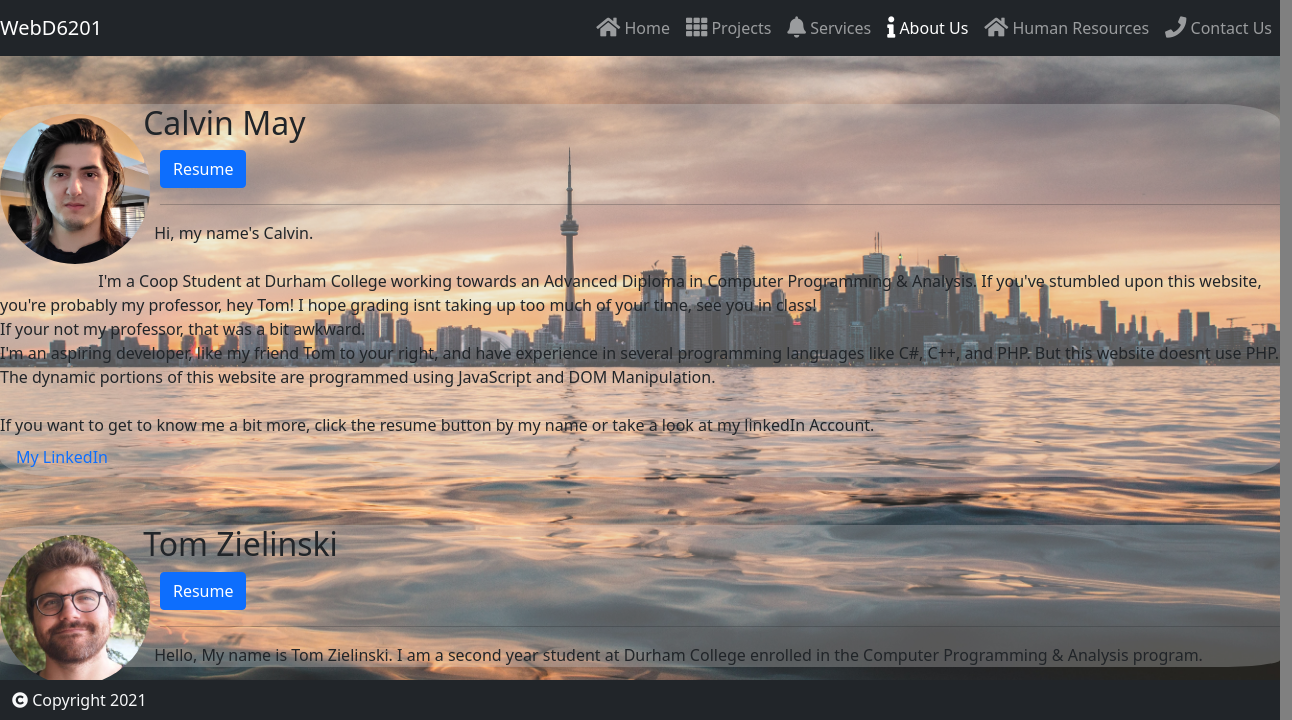
Repository: Tomelinski/Webd6201-Lab02
Page: about.html
The author's editor kept a copy of each file at every save. The page is drawn from the files as they stood at one save, then again after the next save.
The browser window is 1280 px wide. The page is 1280 px wide, then 1292 px, so the pictures cover 1292 px, including what lies to the right of the window. The pictures show the whole page.
Backgrounds fixed to the window are drawn as part of the page.

Above is the page before, as saved 2021-02-05 21:06:53.

### about.html
<!-- Author(s): Tom Zielinski,
 *              Calvin May
 *
 *   Date: 02/02/2021 | Last Modified: 02/03/2021
 *   Document: about.html
 *   Description: ...
-->
<!DOCTYPE html>
<html lang="en">
<head>
    <meta charset="UTF-8">
    <meta name="viewport" content="width=device-width, initial-scale=1.0">
    <title>About</title>
    <!-- -->
    <link rel="stylesheet" href="./node_modules/bootstrap/dist/css/bootstrap.min.css">
    <link rel="stylesheet" href="./node_modules/@fortawesome/fontawesome-free/css/all.min.css">
    <link rel="stylesheet" href="./Content/app.css">

</head>
<body>
      <!-- Main header -->
      <header>
        <!-- Main Nav -->
          <nav class="navbar navbar-expand-lg navbar-dark bg-dark ">
              <a class="navbar-brand" href="./index.html">WebD6201</a>
              <button class="navbar-toggler" type="button" data-toggle="collapse" data-target="#navbarSupportedContent" aria-controls="navbarSupportedContent" aria-expanded="false" aria-label="Toggle navigation">
                <span class="navbar-toggler-icon"></span>
              </button>

              <div class="collapse navbar-collapse" id="navbarSupportedContent">
                <ul id="pageList" class="navbar-nav ms-auto mb-2 mb-lg-0">
                  <li class="nav-item ">
                    <a class="nav-link" aria-current="page" href="index.html"><i class="fas fa-home fa-lg"></i> Home</a>
                  </li>

                  <li class="nav-item">
                      <a id="projects" class="nav-link" aria-current="page" href="products.html"><i class="fas fa-th fa-lg"></i> Products</a>
                  </li>

                  <li class="nav-item">
                      <a class="nav-link" aria-current="page" href="services.html"><i class="fas fa-bell fa-lg"></i> Services</a>
                  </li>

                  <li class="nav-item">
                      <a class="nav-link active" aria-current="page" href="about.html"><i class="fas fa-info fa-lg"></i> About Us</a>
                  </li>

                  <li class="nav-item">
                      <a class="nav-link" aria-current="page" href="contact.html"><i class="fas fa-phone fa-lg"></i> Contact Us</a>
                  </li>
                </ul>
              </div>
            </nav>
      </header>

      <main>
        <div class="container"></div>
          <div class="col justify-content-around">
            <div id="about-calvin" class="row-4 mt-5 about-background">

            </div>
            <div id="about-tom" class="row-4 mt-5 about-background">

            </div>
          </div>
        </div>
      </main>

    <!-- Script section -->
    <script src="./node_modules/jquery/dist/jquery.min.js"></script>
    <script src="./node_modules/bootstrap/dist/js/bootstrap.bundle.min.js"></script>
    <script src="./Scripts/app.js"></script>
</body>

</html>

### Content/app.css
/* Author(s): Tom Zielinski,
 *              Calvin May
 *
 *   Date: 02/02/2021 | Last Modified: 02/03/2021
 *   Document: Services.html
 *   Description: ...
*/
/* Custom css page */
body{
    width:100vw;
    height:100vh;
    background: url("../Pictures/Toronto.jpg") no-repeat center center fixed;
    -webkit-background-size: cover;
    -moz-background-size: cover;
    -o-background-size: cover;
    background-size: cover;
    overflow-x: hidden;
    margin:0px;
    min-height:100%;
    background-color: gray;
}

.headshot-portrait{
    width: 150px;
    height: 150px;
    border-radius: 50%;
    float: left;
    shape-outside: circle();
    margin: 10px 10px 15px 0px;
}

.about-background{
    background: rgba(210, 210, 210, 0.3);
    border-radius: 5%;

}

### Scripts/app.js
/** Author(s): Tom Zielinski,
 *             Calvin May
 *
 *  Date: 02/02/2021 | Last Modified: 02/03/2021
 *  Document: app.js
 *  Description: ...
 */

/** Custom JavaScript Page */

/** IFFE Function */
(() => {

    // Declarations
    let mainContent = document.getElementsByTagName("main")[0]; // Holds the <main> element


    // First Fix the upper, lower navbars. Ensuring they display properly
    fixNavBars();

    /** Web Application Startup Functions */
    /** Start() - Lets the application know which content to load
     *          based on the title of the document.
    */
    function Start() {
        console.log("Web App Started.");``


        // A switch case used to figure out which page is being loaded.
        switch (document.title) {
            case "Home":
                displayHomePage();
                break;
            case "About":
                displayAboutPage();
                break;
            case "Contact":
                displayContactPage();
                break;
            case "Projects":
                displayProjectsPage();
                break;
            case "Services":
                displayServicesPage();
                break;
            case "Human Resources":
                displayHumanResourcesPage();
                break;
        }

    }

    /** Display Page Content Functions */
    /** displayHomePage() - Loads the Content for index.html */
    function displayHomePage() {

        let newParagraph = document.createElement("p");
        newParagraph.setAttribute("id", "paragraphOne");
        newParagraph.className = "fs-6 col col-md-4 mt-5 m-auto px-4 border border-dark border-4 rounded";
        newParagraph.textContent = "Welcome to Cavlin May's and Tom Zielinski's Webd6201 Lab01 webpage.";

        mainContent.appendChild(newParagraph);
    }

    /** displayAboutPage() - Loads the Content for about.html */
    function displayAboutPage() {

        // About Tom Content
        //-Create Elements for About Tom
        let aboutTomDiv = document.getElementById("about-tom");
        let tomHeading = document.createElement("h2");
        let pic = document.createElement("img");
        let aboutTom = document.createElement("p");
        let tomResume = document.createElement("a");

        // Set the Attributes, html, and Content for Toms Elements
        //-Name Heading
        tomHeading.textContent = "Tom Zielinski";
        //-Portrait
        pic.setAttribute("src", "../Pictures/Tom.jpeg");
        pic.setAttribute("class", "headshot-portrait");
        pic.setAttribute("alt", "Headshot of Tom");
        //-Resume
        tomResume.setAttribute("href", "../files/resumes/Tom_Resume.pdf");
        tomResume.setAttribute("download", "");
        tomResume.setAttribute("class", "btn btn-primary");
        tomResume.textContent = "Resume";
        //-About Info
        aboutTom.innerHTML = `<hr/><p>Hello, My name is Tom Zielinski. I am a second year student at Durham College enrolled in the Computer Programming & Analysis program.</p>`;

        // Insert the Elements within the about-tom div
        aboutTomDiv.appendChild(pic);
        aboutTomDiv.appendChild(tomHeading);
        aboutTomDiv.appendChild(tomResume);
        aboutTomDiv.appendChild(aboutTom);

        // About Calvin Content
        //-Create Elements for About Calvin
        let aboutCalvinDiv = document.getElementById("about-calvin");
        let calvinHeading = document.createElement("h2");
        let calvinPortrait = document.createElement("img");
        let aboutCalvin = document.createElement("p");
        let calvinResume = document.createElement("a");

        // Set the Attributes, html, and Content for Toms Elements
        //-Name Heading
        calvinHeading.textContent = "Calvin May";
        //-Portrait
        calvinPortrait.setAttribute("src", "../Pictures/Calvin.jpg");
        calvinPortrait.setAttribute("class", "headshot-portrait");
        calvinPortrait.setAttribute("alt", "Headshot of Tom");
        //-Resume
        calvinResume.setAttribute("href", "../files/resumes/Calvin_Resume.pdf");
        calvinResume.setAttribute("download", "");
        calvinResume.setAttribute("class", "btn btn-primary");
        calvinResume.textContent = "Resume";
        //-About Info
        aboutCalvin.innerHTML = `<hr/>
        <p>Hi, my name's Calvin. <br/><br/>
        I'm a Coop Student at Durham College working towards an Advanced Diploma in
        Computer Programming & Analysis. If you've stumbled upon this website, you're
        probably my professor, hey Tom! I hope grading isnt taking up too much of your
        time, see you in class! <br/>
        If your not my professor, that was a bit awkward. <br/>
        I'm an aspiring developer, like my friend Tom to your right, and have experience
        in several programming languages like C#, C++, and PHP. But this website doesnt
        use PHP. The dynamic portions of this website are programmed using JavaScript
        and DOM Manipulation.
        <br/> <br/>
        If you want to get to know me a bit more, click the resume button by my name or
        take a look at my linkedIn Account. <br/>
        <a class="nav-link" href="https://www.linkedin.com/in/calvin-may-384798200/">My LinkedIn</a>
        </p>`;

        // Insert the Elements within the about-tom div
        aboutCalvinDiv.appendChild(calvinPortrait);
        aboutCalvinDiv.appendChild(calvinHeading);
        aboutCalvinDiv.appendChild(calvinResume);
        aboutCalvinDiv.appendChild(aboutCalvin);
    }

    /** displayContactPage() - Loads the Content for contact.html */
    function displayContactPage() {

    }

    /** displayProjectsPage() - Loads the Content for projects.html */
    function displayProjectsPage() {

    }

    /** displayServicesPage() - Loads the Content for services.html */
    function displayServicesPage() {
        // About Tom Content
        //-Create Elements for About Tom
        let aboutTomDiv = document.getElementById("about-tom");
        let tomHeading = document.createElement("h2");
        let pic = document.createElement("img");
        let aboutTom = document.createElement("p");
        let tomResume = document.createElement("a");

        // Set the Attributes, html, and Content for Toms Elements
        //-Name Heading
        tomHeading.textContent = "Tom Zielinski";
        //-Portrait
        pic.setAttribute("src", "../Pictures/Tom.jpeg");
        pic.setAttribute("class", "headshot-portrait");
        pic.setAttribute("alt", "Headshot of Tom");
        //-Resume
        tomResume.setAttribute("href", "../files/resumes/Tom_Resume.pdf");
        tomResume.setAttribute("download", "");
        tomResume.setAttribute("class", "btn btn-primary");
        tomResume.textContent = "Resume";
        //-About Info
        aboutTom.innerHTML = `<hr/><p>Hello, My name is Tom Zielinski. I am a second year student at Durham College enrolled in the Computer Programming & Analysis program.</p>`;

        // Insert the Elements within the about-tom div
        aboutTomDiv.appendChild(pic);
        aboutTomDiv.appendChild(tomHeading);
        aboutTomDiv.appendChild(tomResume);
        aboutTomDiv.appendChild(aboutTom);

        // About Calvin Content
        //-Create Elements for About Calvin
        let aboutCalvinDiv = document.getElementById("about-calvin");
        let calvinHeading = document.createElement("h2");
        let calvinPortrait = document.createElement("img");
        let aboutCalvin = document.createElement("p");
        let calvinResume = document.createElement("a");

        // Set the Attributes, html, and Content for Toms Elements
        //-Name Heading
        calvinHeading.textContent = "Calvin May";
        //-Portrait
        calvinPortrait.setAttribute("src", "../Pictures/Calvin.jpg");
        calvinPortrait.setAttribute("class", "headshot-portrait");
        calvinPortrait.setAttribute("alt", "Headshot of Tom");
        //-Resume
        calvinResume.setAttribute("href", "../files/resumes/Calvin_Resume.pdf");
        calvinResume.setAttribute("download", "");
        calvinResume.setAttribute("class", "btn btn-primary");
        calvinResume.textContent = "Resume";
        //-About Info
        aboutCalvin.innerHTML = `<hr/>
        <p>Hi, my name's Calvin. <br/><br/>
        I'm a Coop Student at Durham College working towards an Advanced Diploma in
        Computer Programming & Analysis. If you've stumbled upon this website, you're
        probably my professor, hey Tom! I hope grading isnt taking up too much of your
        time, see you in class! <br/>
        If your not my professor, that was a bit awkward. <br/>
        I'm an aspiring developer, like my friend Tom to your right, and have experience
        in several programming languages like C#, C++, and PHP. But this website doesnt
        use PHP. The dynamic portions of this website are programmed using JavaScript
        and DOM Manipulation.
        <br/> <br/>
        If you want to get to know me a bit more, click the resume button by my name or
        take a look at my linkedIn Account. <br/>
        <a class="nav-link" href="https://www.linkedin.com/in/calvin-may-384798200/">My LinkedIn</a>
        </p>`;

        // Insert the Elements within the about-tom div
        aboutCalvinDiv.appendChild(calvinPortrait);
        aboutCalvinDiv.appendChild(calvinHeading);
        aboutCalvinDiv.appendChild(calvinResume);
        aboutCalvinDiv.appendChild(aboutCalvin);


    }

    /** displayHumanResourcesPage() - Loads the Content for human_resources.html */
    function displayHumanResourcesPage() {


    }

    /**
     * fixNavBars() - This Function is used to finish creating the Header/Footer Navbars
     *              using DOM Manipulation and Injection. First it fixes the "Products"
     *              NavBar link to correctly show, "Projects" and link to the projects.html
     *              page. It also Insert a new NavBar link, "Human Recources" between
     *              "About us" and "Contact Us" links. Finally, it adds a footer to the
     *              bottom of the page.
     */
    function fixNavBars()
    {
        // Fix the "Products" Nav item
        let projectPageAnchor = document.getElementById("projects");    // Get the Nav item Anchor tag by id
        projectPageAnchor.setAttribute("href", "projects.html");        // Correctly set the Hypertext Reference attribute
        projectPageAnchor.innerHTML = "<i class=\"fas fa-th fa-lg\"></i> Projects"; // Correctly set the text to indicate a project page

        // Insert a Nav item for Human Resources
        let navBarItemList = document.getElementById("pageList");  // Get the <ul> holding the Page links
        let humanResourcesListItem = document.createElement("li"); // Create a new list Item
        humanResourcesListItem.setAttribute("class", "nav-item");  // Set the class of the list item to "nav-item"
        // Create the anchor that will exist within the humanResourcesListItem
        let hrListItemData = '<a class="nav-link" aria-current="page" ' +
                             'href="human_resources.html"><i class="fas fa-home fa-lg"></i> Human Resources</a>';
        // Set the innerHtml with the data above
        humanResourcesListItem.innerHTML = hrListItemData;
        // Insert the new listitem before the 8th child within the <ul>
        //-(8th because it counts both the <li> elements and the <a> elements within)
        navBarItemList.insertBefore(humanResourcesListItem, navBarItemList.childNodes[8]);


        // Insert a new footer NavBar
        let footerData = "";    // A variable to hold the html code for the footers navBar
        // Create the footer element
        let pageFooter = document.createElement("footer");
        // Insert the new footer element before the "next" sibling of <main>
        //-Reads as <body>.insertBefore(pageFooter, elementAfterMain)
        mainContent.parentNode.insertBefore(pageFooter, mainContent.nextSibling);

        footerData = '<nav class="navbar fixed-bottom navbar-dark bg-dark"> ' +
                     '<div class="container-fluid"> ' +
                     '<h7 class="text-light"><i class="fas fa-copyright text-light"></i> Copyright 2021</h7> ' +
                     '</div> ' +
                     '</nav> ';
        pageFooter.innerHTML = footerData;

    }

    // Add an event listener for the load event (Page load).
    //-Call the Start() function so that we can display page
    //-specific content
    window.addEventListener("load", Start);

})();

Loaded but not shown: node_modules/bootstrap/dist/css/bootstrap.min.css (library); node_modules/@fortawesome/fontawesome-free/css/all.min.css (library); node_modules/jquery/dist/jquery.min.js (library); node_modules/bootstrap/dist/js/bootstrap.bundle.min.js (library)

After the next save:
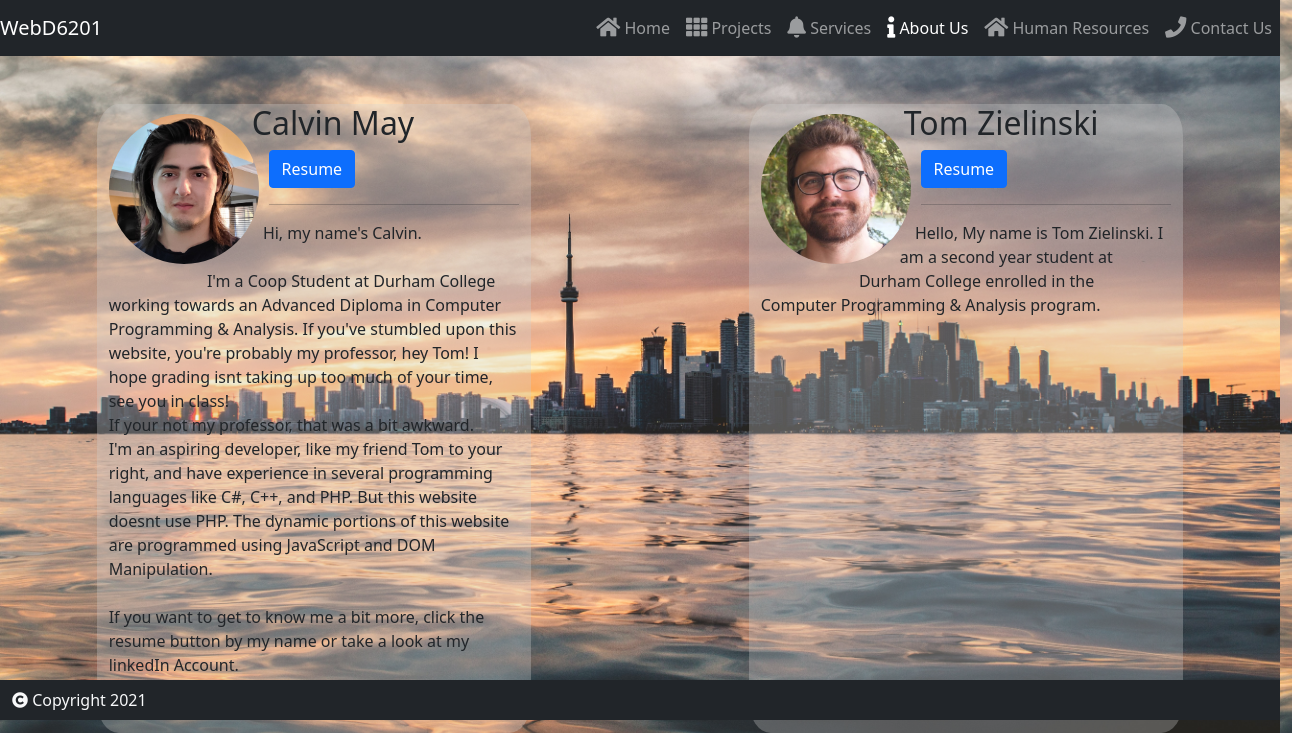
Saved 30 s later.
--- a/about.html
+++ b/about.html
@@ -55,11 +55,11 @@
 
       <main>
         <div class="container"></div>
-          <div class="col justify-content-around">
-            <div id="about-calvin" class="row-4 mt-5 about-background">
+          <div class="row justify-content-around">
+            <div id="about-calvin" class="col-4 mt-5 about-background">
 
             </div>
-            <div id="about-tom" class="row-4 mt-5 about-background">
+            <div id="about-tom" class="col-4 mt-5 about-background">
 
             </div>
           </div>
